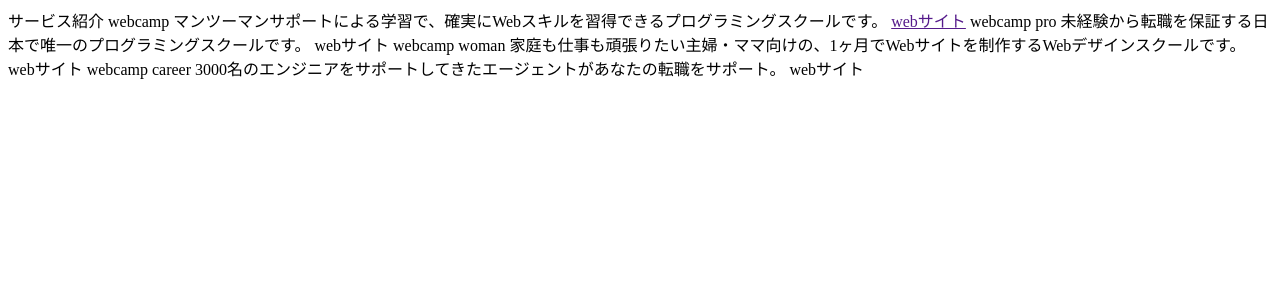
Repository: sutanuki/webcamp
Page: html,css/c2/index.html
The author's editor kept a record of every edit. The page is drawn from the files as they stood at one moment, then again after the next edit.
The browser window is 1280 px wide. The pictures show the whole page.

Above is the page before.

### html,css/c2/index.html
<!DOCTYPE html>
<html>
  <head>
    <meta charset=utf-8 />
    <title></title>
  </head>
  <body>
    サービス紹介
      webcamp
        マンツーマンサポートによる学習で、確実にWebスキルを習得できるプログラミングスクールです。
        <a href="">webサイト</a>
      webcamp pro
        未経験から転職を保証する日本で唯一のプログラミングスクールです。
        webサイト
      webcamp woman
        家庭も仕事も頑張りたい主婦・ママ向けの、1ヶ月でWebサイトを制作するWebデザインスクールです。
        webサイト
      webcamp career
        3000名のエンジニアをサポートしてきたエージェントがあなたの転職をサポート。
        webサイト
  </body>
</html>

After the next edit:
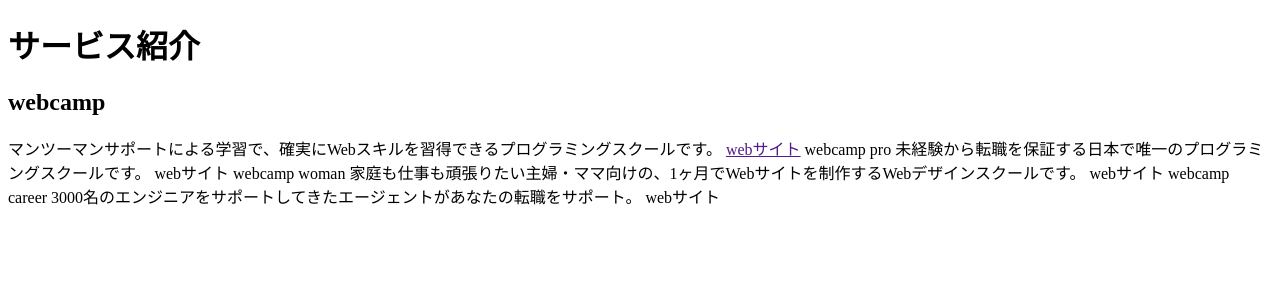
The edit:
--- a/html,css/c2/index.html
+++ b/html,css/c2/index.html
@@ -5,8 +5,8 @@
     <title></title>
   </head>
   <body>
-    サービス紹介
-      webcamp
+    <h1>サービス紹介</h1>
+      <h2>webcamp</h2>
         マンツーマンサポートによる学習で、確実にWebスキルを習得できるプログラミングスクールです。
         <a href="">webサイト</a>
       webcamp pro
